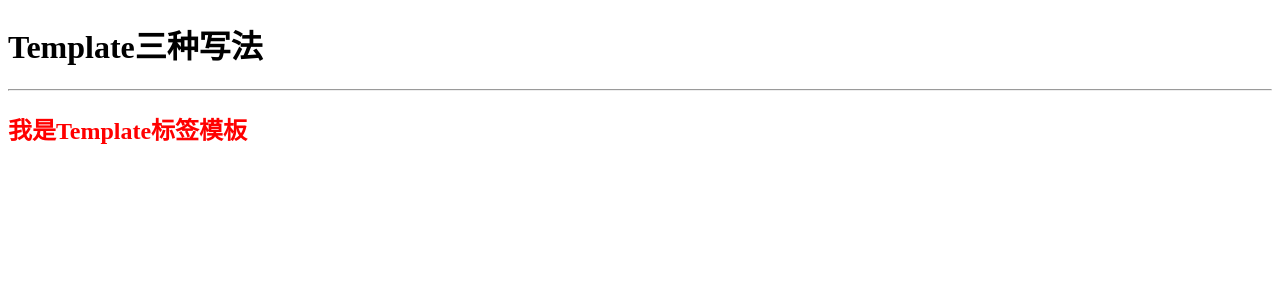
Repository: 13982720426/vue2.0-LearningNotes
Page: example/template.html
These files come from the project's save history. The page is drawn as it stood at one moment and after the next save; the edit follows.
The browser window is 1280 px wide. The pictures show the whole page.

Above is the page before, as saved 2021-06-24 20:43:02.

### example/template.html
<!DOCTYPE html>
<html lang="en">
  <head>
    <meta charset="UTF-8" />
    <meta http-equiv="X-UA-Compatible" content="IE=edge" />
    <meta name="viewport" content="width=device-width, initial-scale=1.0" />
    <title>Template三种写法</title>
    <script type="text/javascript" src="../assets/js/vue.js"></script>
  </head>
  <body>
    <h1>Template三种写法</h1>
    <hr />
    <div id="app">{{message}}</div>

    <template id="dd2">
      <h2 style="color: red">我是Template标签模板</h2>
    </template>

    <script type="x-template" id="dd3">
      <h2 style="color: red">script标签模板</h2>
    </script>

    <script type="text/javascript">
      var app = new Vue({
        el: '#app',
        data: {
          message: 'Hello World',
        },
        template: '#dd2',
        // template: `<h2 style='color:red'>我是选项模板</h2>`,
      });
    </script>
  </body>
</html>

Loaded but not shown: assets/js/vue.js (library)

After the next save:
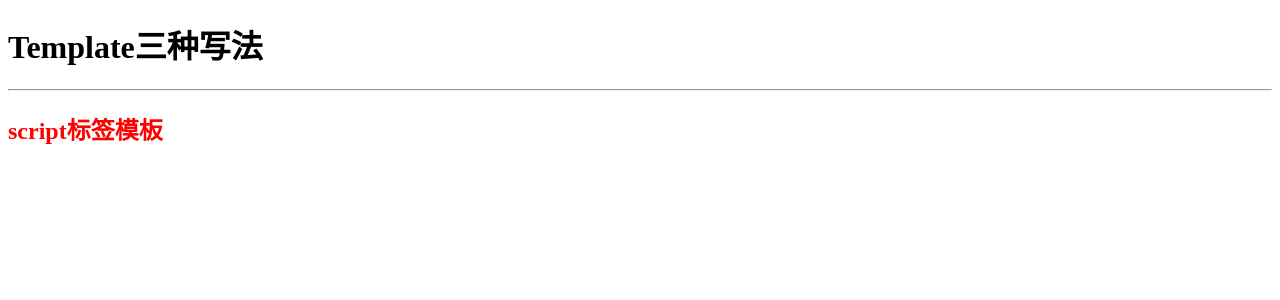
Saved 15 s later.
--- a/example/template.html
+++ b/example/template.html
@@ -26,7 +26,7 @@
         data: {
           message: 'Hello World',
         },
-        template: '#dd2',
+        template: '#dd3',
         // template: `<h2 style='color:red'>我是选项模板</h2>`,
       });
     </script>
